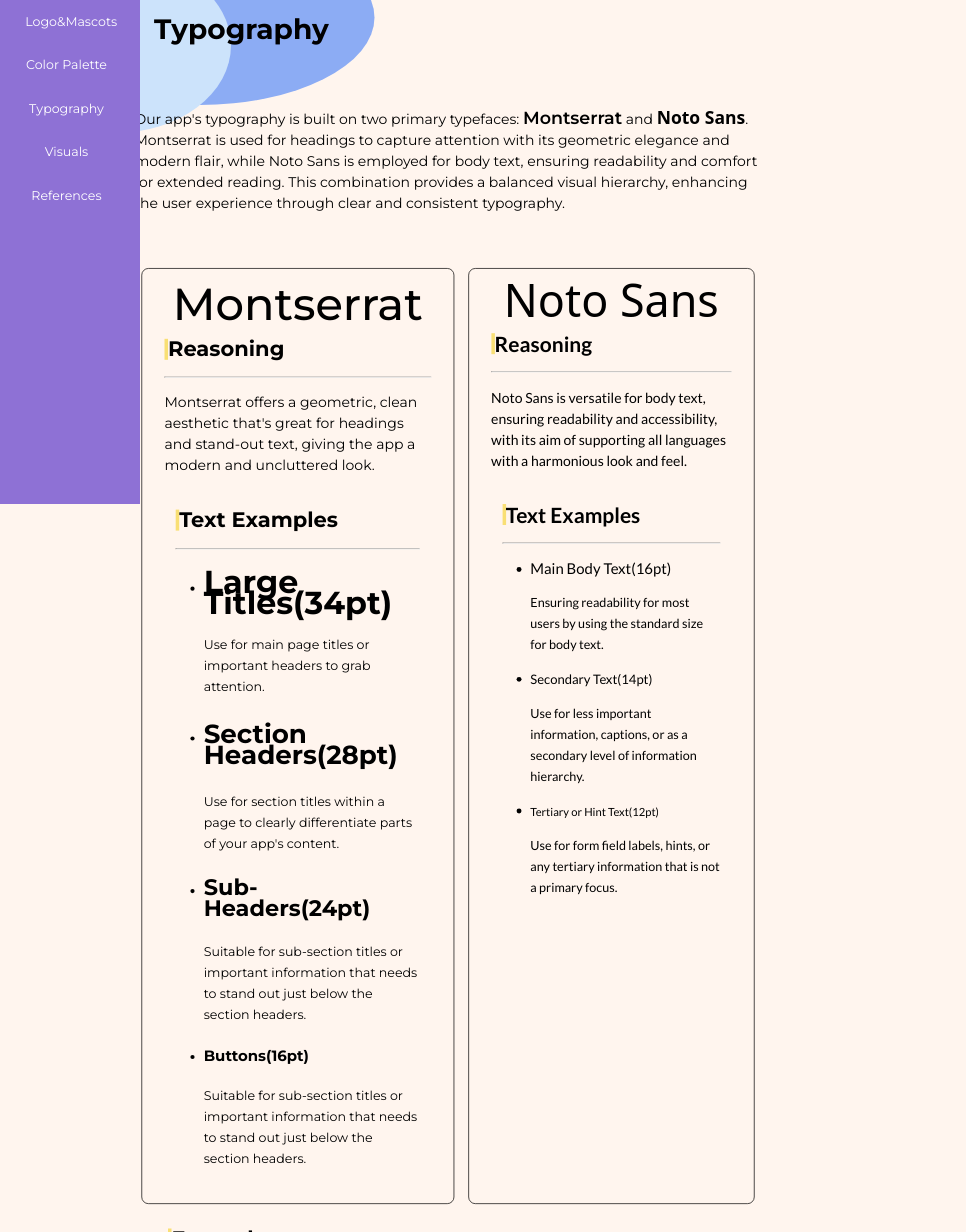
Repository: Irinalimm/PocketProfs-A5Styleguide
Page: pages/typography.html
The author's editor kept a copy of each file at every save. The page is drawn from the files as they stood at one save, then again after the next save.
The browser window is 1280 px wide. The page is 1380 px wide, so the pictures cover 1380 px, including what lies to the right of the window. The pictures show the part of the page from y = 0 to 1760 px (the page is 2530 px tall), at 70% of full size.
Some web libraries are served in a nearby version.

Above is the page before, as saved 2024-04-10 23:36:27.

After the next save:
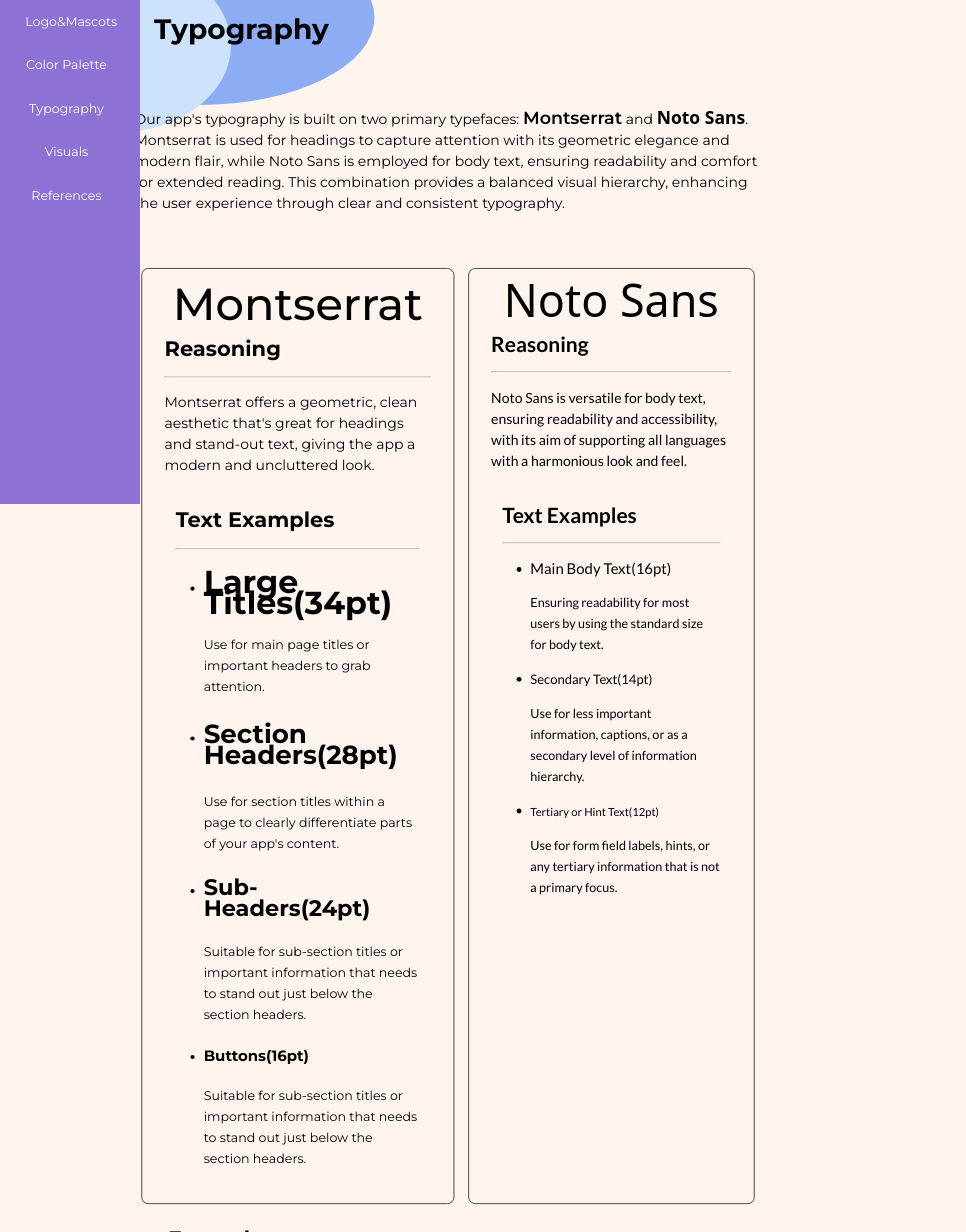
Saved 46 s later.
--- a/css/typography.css
+++ b/css/typography.css
@@ -13,10 +13,8 @@
   background-color: #fff5ee;
 }
 
-h2{
-  border-left: 5px solid #f9df74;
-  margin: 0, 1.5rem;
-}
+
+
 /* Style the side navigation */
 .sidenav {
   height: 100%;
